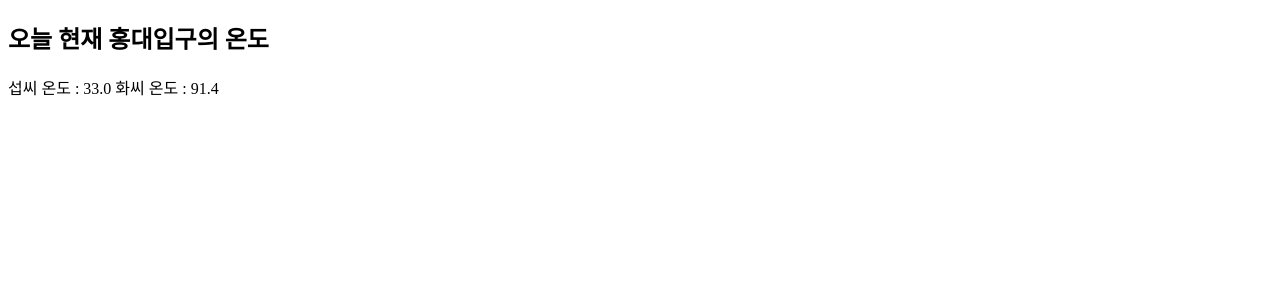
Repository: GITJIWOO/JavaBasic
Page: http://localhost/JSPBasic/MethodTest.jsp
An editor plug-in stored every save of this project. The page is shown before and after the next save, followed by the edit.
The browser window is 1280 px wide. The pictures show the whole page.
The page is served by Tomcat 9.

Above is the page before, as saved 2021-07-29 04:19:45.

### JSPBasic/WebContent/MethodTest.jsp
<%@ page language="java" contentType="text/html; charset=UTF-8"
    pageEncoding="UTF-8"%>
<!DOCTYPE html>
<html>
<head>
<meta charset="UTF-8">
<title>Insert title here</title>
</head>
<body>
	<%!
		double Celcius = 33.0;
		double CtoF(){
			return (Celcius * 1.8) + 32;
		}
	%>
	<%
		out.println("<h2>오늘 현재 홍대입구의 온도</h2>");
		out.println("섭씨 온도 : " + Celcius);
		out.println("화씨 온도 : " + CtoF());
	%>
</body>
</html>

After the next save:
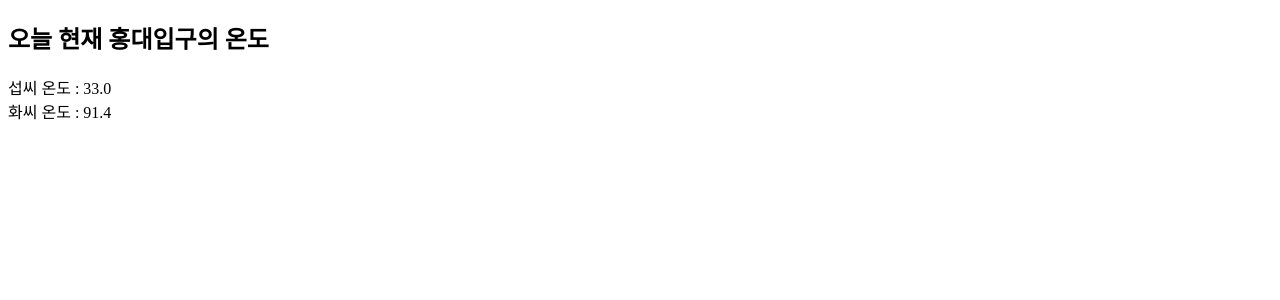
Saved 39 s later.
--- a/JSPBasic/WebContent/MethodTest.jsp
+++ b/JSPBasic/WebContent/MethodTest.jsp
@@ -16,6 +16,7 @@
 	<%
 		out.println("<h2>오늘 현재 홍대입구의 온도</h2>");
 		out.println("섭씨 온도 : " + Celcius);
+		out.println("<br/>");
 		out.println("화씨 온도 : " + CtoF());
 	%>
 </body>
